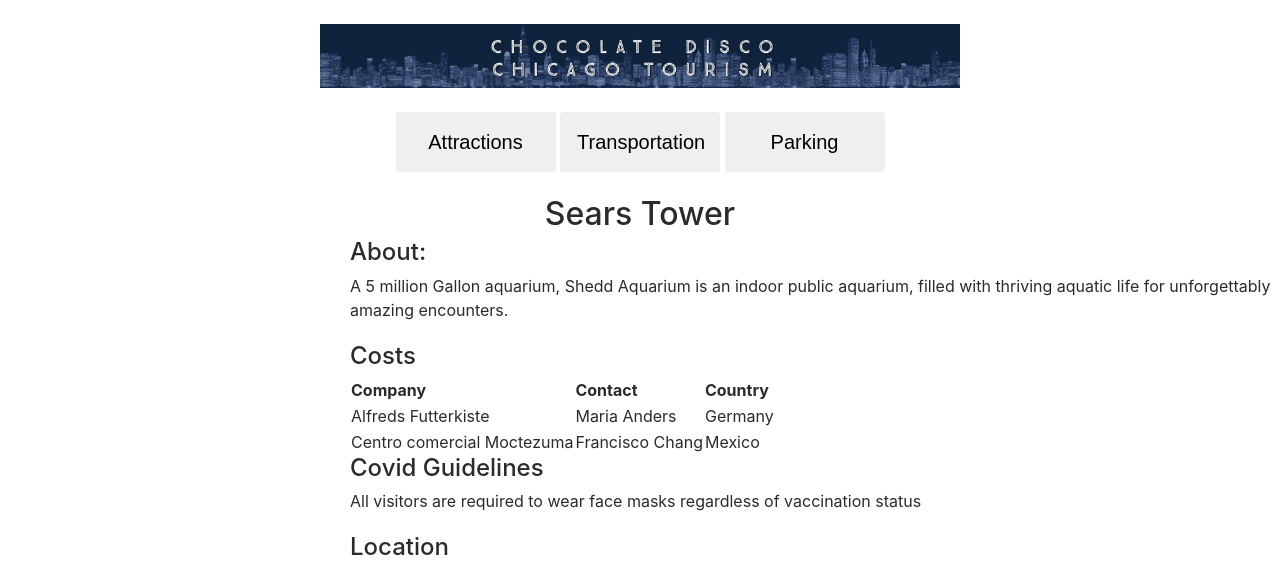
Repository: rkodit2/cs422project
Page: sheddAquarium.html
An editor plug-in stored every save of this project. The page is shown before and after the next save, followed by the edit.
The browser window is 1280 px wide. The pictures show the part of the page from y = 0 to 569 px (the page is 1069 px tall).
Pictures or frames that could not be fetched are drawn as grey boxes.

Above is the page before, as saved 2021-11-03 19:33:25.

### sheddAquarium.html
<!DOCTYPE html>
<html>
<head>
    <title>Chocolate Disco Chicago Tourism</title>
    <link rel="stylesheet" href=
    "https://maxcdn.bootstrapcdn.com/bootstrap/4.0.0-alpha.6/css/bootstrap.css">
    <link rel="stylesheet" href="homepage.css">
</head>
<body>
    <br>
    <div id="banner">
      <img src="pictures/banner3.jpg" alt="mainpage banner" class = "center" onclick="location.href='homepage.html';">
    </div>

    <br>
    <div class= "button-center">
        <button type ="button" id="Attractions" class="btn" onclick="location.href='attractions.html';" style="width: 160px; height: 60px; font-size: 20px;"> Attractions </button>
        <button type ="button" id="Transportation" class="btn" onclick="location.href='transportation.html';" style="width: 160px; height: 60px; font-size: 20px"> Transportation </button>
        <button type ="button" id="Parking" class="btn" onclick="location.href='parking.html';" style="width: 160px; height: 60px; font-size: 20px;"> Parking </button>
    </div>
    <br>
    <h2 style="text-align: center;"> Sears Tower </h2>
    <div style = "padding-left: 350px; padding-bottom: 50px;">
        <h4>About:</h4>
        <p style="padding-bottom: 5px;">A 5 million Gallon aquarium, Shedd Aquarium is an indoor public aquarium,
            filled with thriving aquatic life for unforgettably amazing encounters.</p>


        <h4>Costs</h4>

        <table>
            <tr>
              <th>Company</th>
              <th>Contact</th>
              <th>Country</th>
            </tr>
            <tr>
              <td>Alfreds Futterkiste</td>
              <td>Maria Anders</td>
              <td>Germany</td>
            </tr>
            <tr>
              <td>Centro comercial Moctezuma</td>
              <td>Francisco Chang</td>
              <td>Mexico</td>
            </tr>
          </table>



        <!--
        <p style="padding-bottom: 5px;"> Costs vary based residency: <br>
            Adult (Ages 12+): $39.95 or $19.95 <br>
            Youth (Ages 3-11): $29.95 or $14.95 <br>
            Members and Children under 3 are free!</p>
        -->
        <h4>Covid Guidelines</h4>
        <p style="padding-bottom: 5px;">All visitors are required to wear face masks regardless of vaccination status</p>


        <h4>Location</h4>
        <div class="gmap">
            <iframe src="https://www.google.com/maps/embed?pb=!1m18!1m12!1m3!1d30639.048300504415!2d-87.6554890462532!3d41.872478212615796!2m3!1f0!2f0!3f0!3m2!1i1024!2i768!4f13.1!3m3!1m2!1s0x880e2cbee269fbbb%3A0x10f6dce5eb88c7d!2sWillis%20Tower!5e0!3m2!1sen!2sus!4v1635904921765!5m2!1sen!2sus" width="600" height="450" style="border:0;" allowfullscreen="" loading="lazy"></iframe>
            <p style="padding-left: 20px; padding-top: 150px; font-size: 20px;">
               223 S Wacker Dr <br>
               Chicago, IL 60606
               <br>
               <br>
               <a href="https://www.willistower.com/" target="_blank">Sears Tower Main Website</a>
            </p>

        </div>
    </div>

</body>
</html>

### homepage.css
.button-center {
    text-align: center;
  }

.viewMore {
    display: flex;
    vertical-align: middle;
}
.center {
  display: block;
  margin-left: auto;
  margin-right: auto;
  width: 50%;
}
.gmap{
  display: flex;
  vertical-align: middle;
}

After the next save:
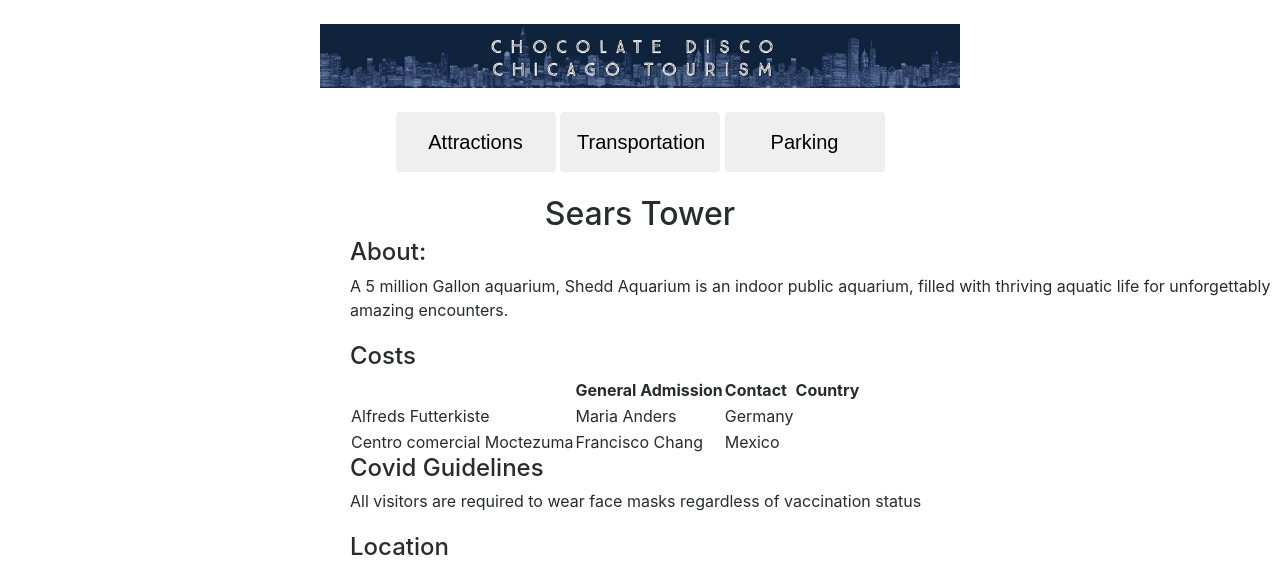
Saved 88 s later.
--- a/sheddAquarium.html
+++ b/sheddAquarium.html
@@ -30,7 +30,8 @@
 
         <table>
             <tr>
-              <th>Company</th>
+              <th></th>
+              <th>General Admission</th>
               <th>Contact</th>
               <th>Country</th>
             </tr>
